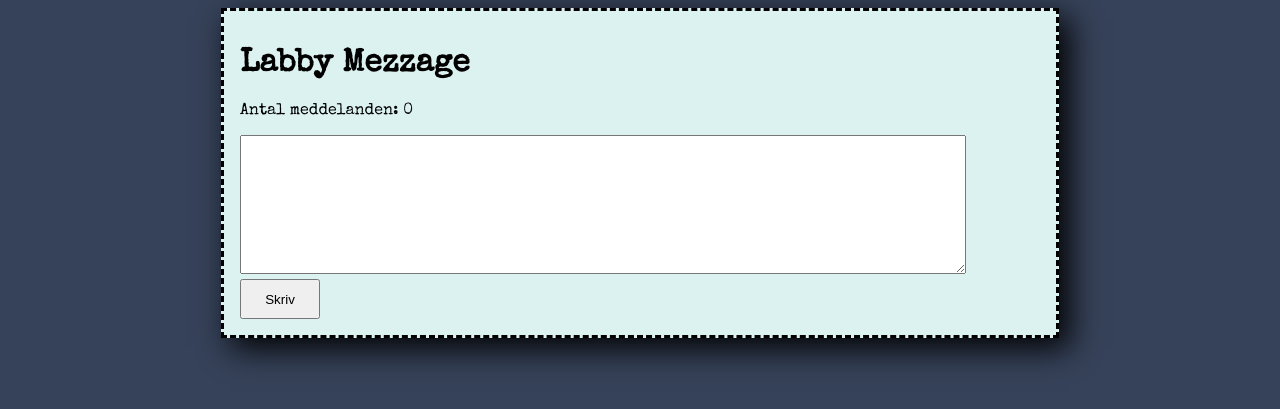
Repository: LindaOtt/1dv403-lo222hd-laborationer
Page: 2-labbymezzage/message.html
The author's editor kept a record of every edit. The page is drawn from the files as they stood at one moment, then again after the next edit.
The browser window is 1280 px wide. The pictures show the whole page.

Above is the page before.

### 2-labbymezzage/message.html
<!doctype html>

<head>
    <meta charset="utf-8">
    <title>Labby Mezzage - Linda Ott Olander WP14</title>
    <link href='http://fonts.googleapis.com/css?family=Special+Elite' rel='stylesheet' type='text/css'>
    <link rel="stylesheet" type="text/css" href="css/style.css">
    <script type="text/javascript" src="js/message.js"></script>
    <script type="text/javascript" src="js/messageObject.js"></script>
</head>
<body>
    <div id="content">
        <h1>Labby Mezzage</h1>
        <p>Antal meddelanden: <span id="number-messages">0</span></p>

        <form action="" onsubmit="return false">
            <textarea id="message-area"></textarea>
            <input id="submit-button" type="submit" value="Skriv" onclick="messageApp.click()">
        </form>
        <div id="writeout"></div>
    </div>
</body>

### 2-labbymezzage/css/style.css
#content {
    width: 800px;
    margin: 0 auto;
    background-color: #DCF2F0;
    padding: 1em;
    box-shadow: 10px 10px 30px;
    border: 3px dashed black;
}

body {
    background-color: #364259;
    font-family: 'Special Elite';
}

textarea {
    font-family: 'Special Elite';
    color: red;
}

h1 {
    font-weight: bold;
}

textarea {
    width: 90%;
    height: 10em;
}

#submit-button {
    width: 6em;
    height: 3em;
    display: block;
    clear: both;
}

#writeout p {
    border: 1px solid black;
    padding: 1em 0 1em 1em;
}

.change-message {
    float: right;
    display: block;
}

### 2-labbymezzage/js/message.js
/* Skapar en konstruktorfunktion */
function Message(message, date){
    //Skapar privata getters och setters (privilegierade metoder)
    //för meddelanden

    //Hämtar meddelandetexten
    this.getText = function() {
        return message;
    }

    //Sätter meddelandetexten
    this.setText = function(_text) {
        message = _text;
    }

    //Skapar privata getters och setters (privilegierade metoder)
    //för datum
    this.getDate = function() {
        return date;
    }

    this.setDate = function(_date) {
        date = _date;

    }

    //Strängrepresentation av objektet
    Message.prototype.toString = function() {
        return this.getText() + " (" + this.getDate()+")";
    }

    Message.prototype.getHTMLText = function() {

    }

}

### 2-labbymezzage/js/messageObject.js
var messageApp = {

    messages: [],

    click: function() {

    	var messageArea = document.getElementById("message-area");
		//Instansierar nytt Message-objekt
		var mess = new Message(messageArea.value, new Date());

		//Lägger till meddelandet till arrayen messages
		messageApp.messages.push(mess);

		//Uppdaterar HTML med antal meddelanden
		var numberMessages = messageApp.messages.length;

		var numberMessagesHTML = document.getElementById("number-messages");

		numberMessagesHTML.innerHTML = numberMessages;

		messageApp.renderMessages();

    },

    renderMessages: function(){

    	//Rensar först div
		var div = document.getElementById("writeout");
     	div.innerHTML = "";

    	//Uppdaterar HTML med antal meddelanden
		var numberMessages = messageApp.messages.length;
		//Loopar igenom arrayen och skriver ut samtliga meddelanden
    	//mha renderMessage
    	var i;

		for (i=0; i < numberMessages; i++) {
			messageApp.renderMessage(i);
    	}

    },

	renderMessage: function(messageID) {
		var numberMessages = messageApp.messages.length;

		if (messageID === undefined) {
			messageID = numberMessages - 1;
		}

		var text = document.createElement("p");
		text.innerHTML = messageApp.messages[messageID].getDate() + ": " + messageApp.messages[messageID].getText();
		var messageWriteOut = document.getElementById("writeout");
		messageWriteOut.appendChild(text);


		return false;
	}


}

// Starta applikationen när fönstret laddat klart
//window.onload = messageApp.init;

After the next edit:
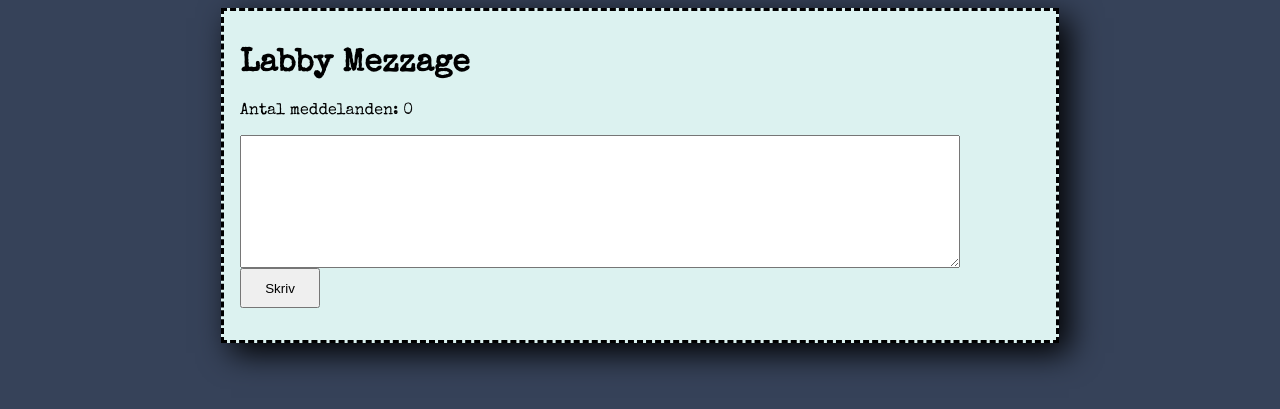
The edit:
--- a/2-labbymezzage/message.html
+++ b/2-labbymezzage/message.html
@@ -1,5 +1,4 @@
-<!doctype html>
-
+<!doctype html lang="sv">
 <head>
     <meta charset="utf-8">
     <title>Labby Mezzage - Linda Ott Olander WP14</title>
